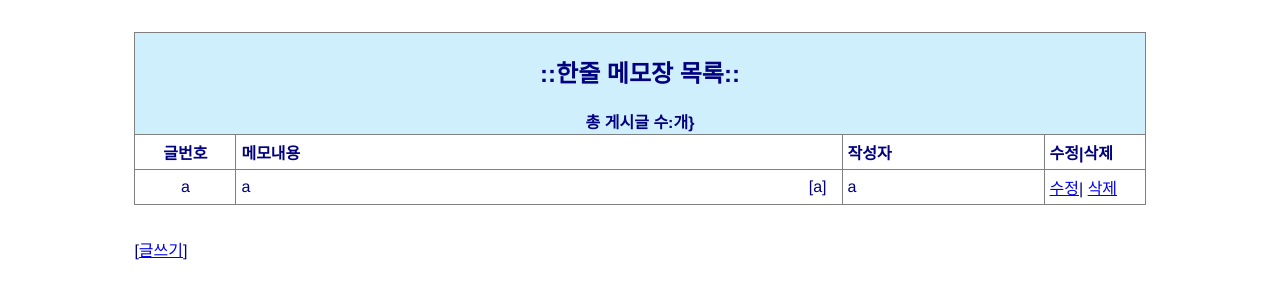
Repository: Jayking0215/myjava
Page: http://localhost/SpringWeb/WEB-INF/views/memo/list.jsp
The author's editor kept a copy of each file at every save. The page is drawn from the files as they stood at one save, then again after the next save.
The browser window is 1280 px wide. The pictures show the whole page.
The page is served by Tomcat 9. Nobody is signed in. The template is opened directly, without the code that normally fills it, so the values that code supplies are empty.

Above is the page before, as saved 2023-05-02 04:11:43.

After the next save:
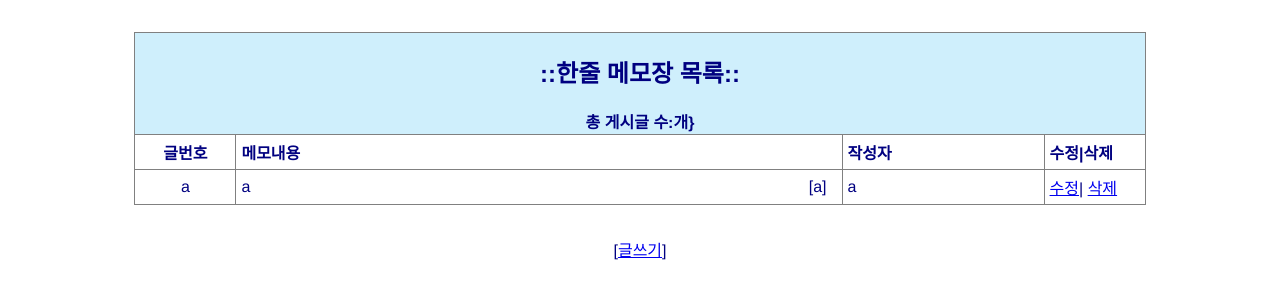
Saved 43 s later.
--- a/SpringWorkspace/SpringWeb/src/main/webapp/WEB-INF/views/memo/list.jsp
+++ b/SpringWorkspace/SpringWeb/src/main/webapp/WEB-INF/views/memo/list.jsp
@@ -34,7 +34,7 @@
 			</td>
 		</tr>
 	</table>
-	<p>
+	<p style="text-align:center">
 		[<a href="memo">글쓰기</a>]
 	</p>
 </div>
